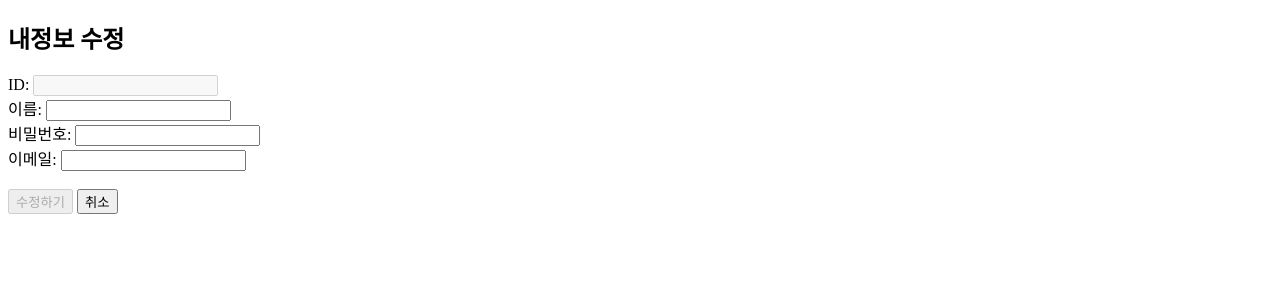
Repository: ejkim9090/FinalProject
Page: http://localhost/semiproject/myinfo
An editor plug-in stored every save of this project. The page is shown before and after the next save, followed by the edit.
The browser window is 1280 px wide. The pictures show the whole page.
The page is served by Tomcat 9.

Above is the page before, as saved 2023-02-21 12:39:45.

After the next save:
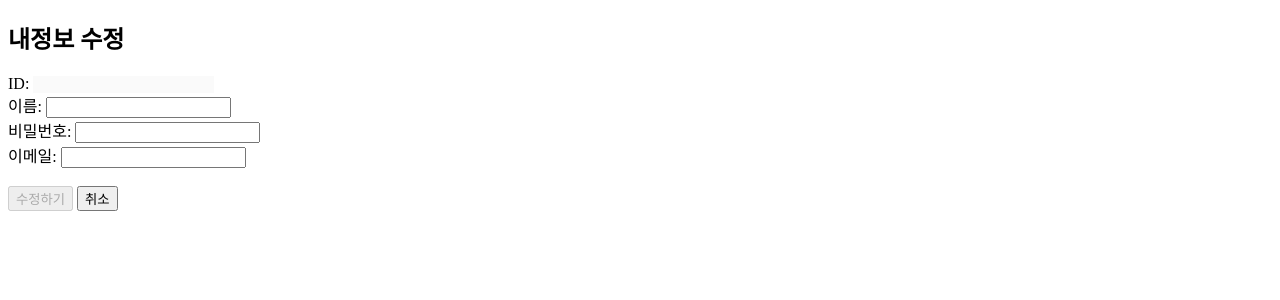
Saved 35 s later.
--- a/java/semiproject/WebContent/WEB-INF/view/myinfo.jsp
+++ b/java/semiproject/WebContent/WEB-INF/view/myinfo.jsp
@@ -13,7 +13,7 @@
 	<form action="/myinfo" method="post">
 		<h1>내정보 수정</h1>
 		ID:
-		<input type="text" value="${lgnss.id }" name="id" disabled>
+		<input type="text" value="${lgnss.id }" name="id" disabled style="border-style: none;">
 		<br>
 		이름:
 		<input type="text" value="${lgnss.name }" name="name">
